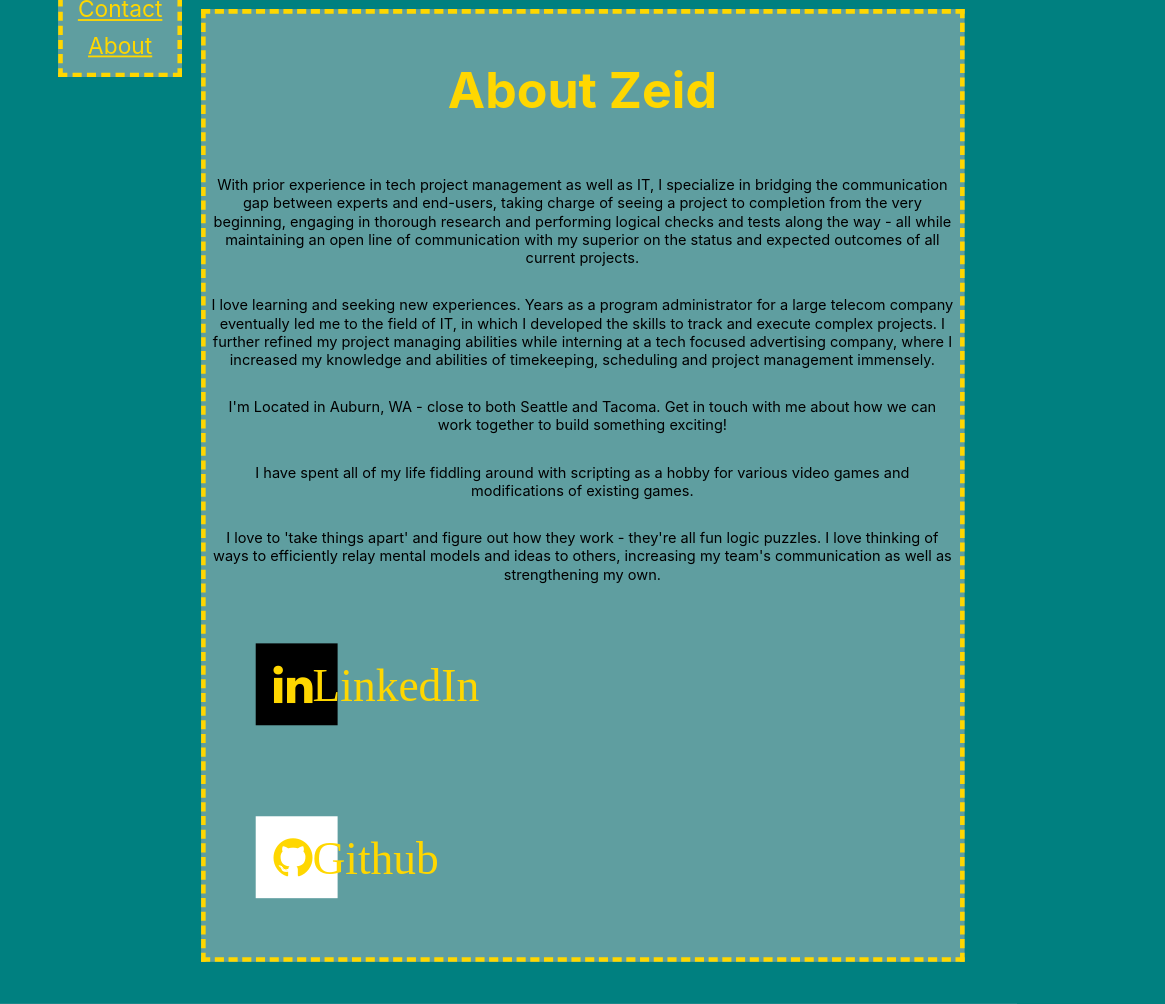
Repository: zeidalidiez/portfolioreact
Page: /
An editor plug-in stored every save of this project. The page is shown before and after the next save, followed by the edit.
The browser window is 1280 px wide. The pictures show the whole page, at 91% of full size.
The project was rebuilt for these pictures with package versions that can differ from the ones it lists, and the page was loaded fresh each time. Also part of the build but not shown: src/components/Thumbnail.js, src/components/Projects.js, src/components/Contact.js.

Above is the page before, as saved 2021-02-08 19:01:24.

After the next save:
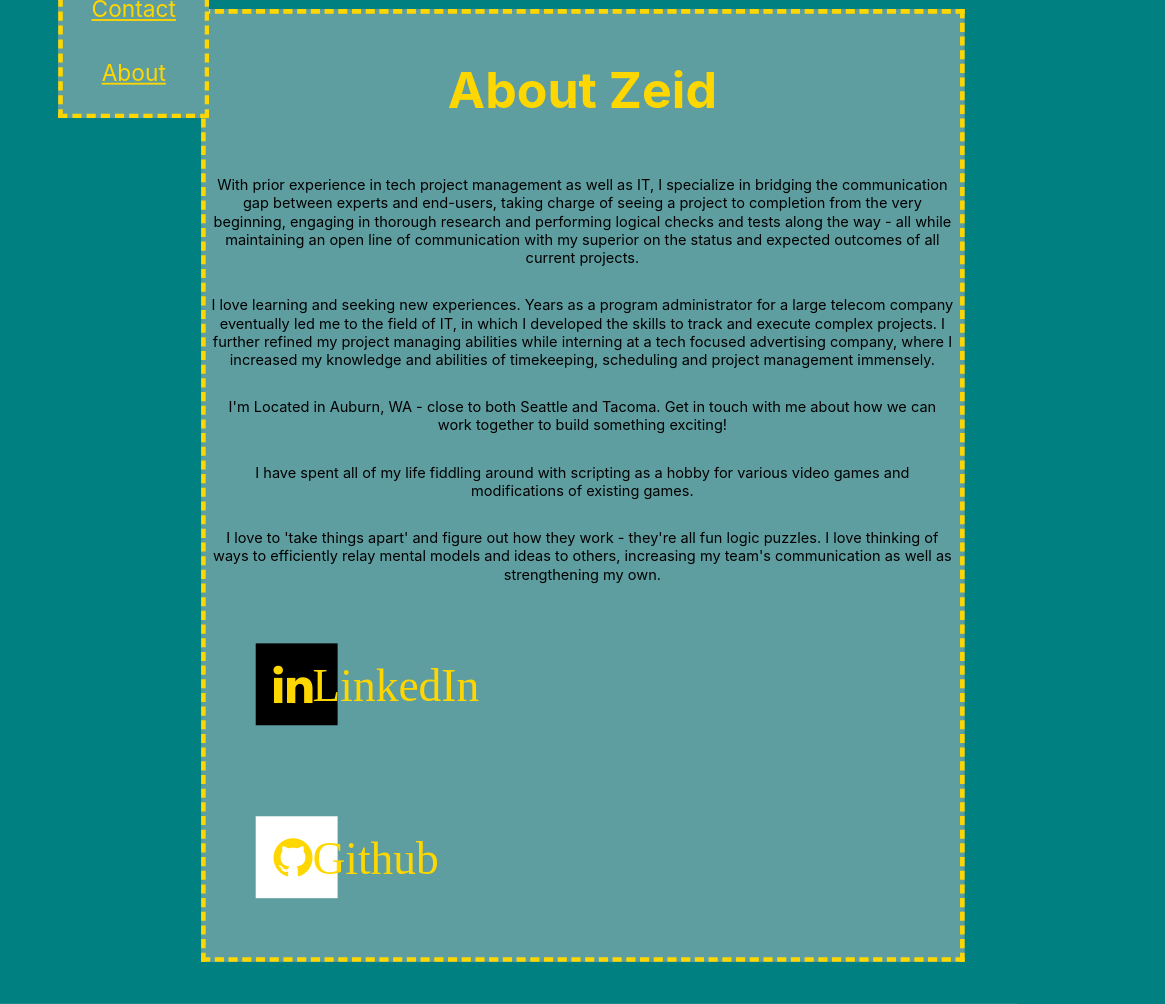
Saved 20 s later.
--- a/src/components/App.css
+++ b/src/components/App.css
@@ -80,6 +80,7 @@
 /* unvisited link */
 a:link {
   color: gold;
+  padding: 20px;
 }
 
 /* visited link */

After the save that followed:
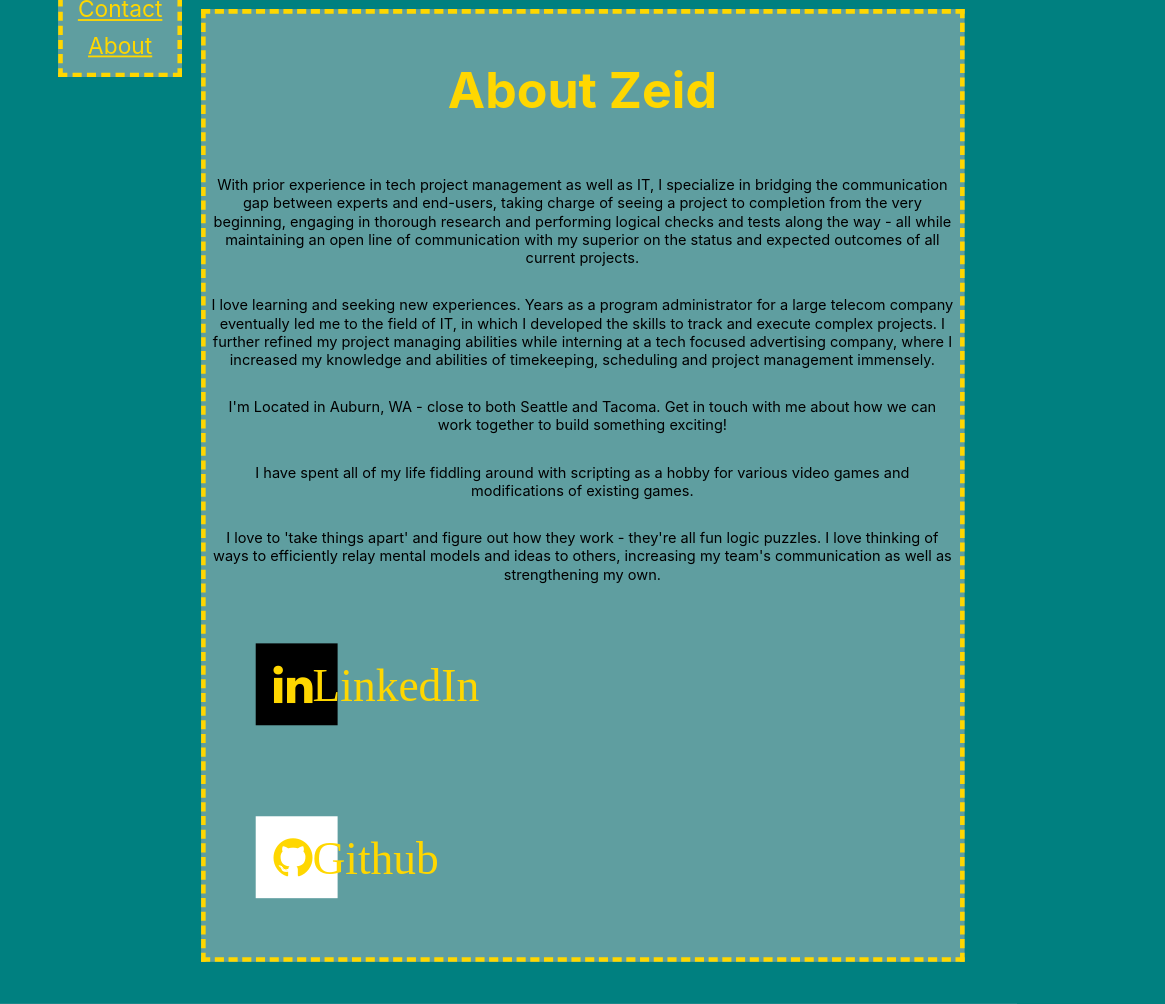
Saved 6 s later.
--- a/src/components/App.css
+++ b/src/components/App.css
@@ -80,7 +80,6 @@
 /* unvisited link */
 a:link {
   color: gold;
-  padding: 20px;
 }
 
 /* visited link */
